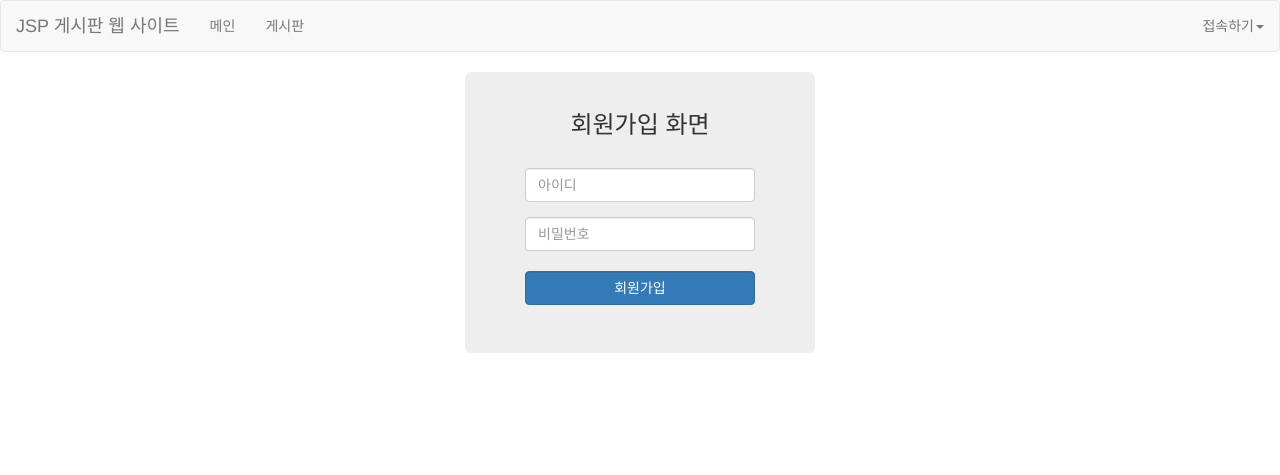
Repository: chyun94/JSP-
Page: http://localhost/BBS/join.jsp
An editor plug-in stored every save of this project. The page is shown before and after the next save, followed by the edit.
The browser window is 1280 px wide. The pictures show the whole page.
Some web libraries are served in a nearby version. The page is served by Tomcat 9. Other server files are loaded and not shown.

Above is the page before, as saved 2021-05-07 17:27:23.

### BBS/WebContent/join.jsp
<%@ page language="java" contentType="text/html; charset=UTF-8"
	pageEncoding="UTF-8"%>
<!DOCTYPE html>
<html>
<head>
<meta http-equiv="Content-Type" content="text/html; charset="UTF-8">
<!-- 아래 메타 태그는 디바이스마다 크기를 설정하기 위해서 작한한 메타 태그 -->
<meta name="viewport" content="width=device-width" , initial-scale="1">
<link rel="stylesheet" href="css/bootstrap.css">

<title>JSP 게시판 웹 사이트</title>
</head>
<body>
	<nav class="navbar navbar-default">
		<div class="navbar-header">
			<button type="button" class="navbar-toggle collapsed"
				data-toggle="collapse" data-target="#bs-example-navbar-collapse-1"
				aria-expanded="false">

				<span class="icon-bar"></span> <span class="icon-bar"></span> <span
					class="icon-bar"></span>

			</button>
			<a class="navbar-brand" href="main.jsp">JSP 게시판 웹 사이트</a>
		</div>
		<div class="collapse navbar-collapse"
			id="bs-example-navbar-collapse-1">
			<ul class="nav navbar-nav">
				<li><a href="main.jsp">메인</a></li>
				<li><a href="bbs.jsp">게시판</a></li>
			</ul>

			<ul class="nav navbar-nav navbar-right">
				<li class="dropdown">
				<a href="#" class="dropdown-toggle"
				data-toggle="dropdown" role="button" aria-haspopup="true"
				aria-expanded="false">접속하기<span class="caret"></span></a>

				<ul class="dropdown-menu">
					<li class="active"><a href="login.jsp">로그인</a></li>
					<li><a href="join.jsp">회원가입</a></li>
				</ul>
			</li>
		</ul>
	</div>
</nav>
	<!-- 컨테이너로 하나로 감싸주기 -->
	<div class="container">
		<div class="col-lg-4"></div>
		<div class="col-lg-4">
			<div class="jumbotron" style="padding-top: 20px;">
				<form method="post"  action="loginAction.jsp">
					<h3 style="text-align: center; padding-bottom: 20px;">회원가입 화면</h3>

					<div class="form-group">
						<input type="text" class="form-control" placeholder="아이디" name="userID" maxlength="20">
					</div>

					<div>
						<input type="text" class="form-control" placeholder="비밀번호" name="userPassword" maxlength="20">
					</div>

					<div style="padding-top: 20px;">
					<input type="submit" class="btn btn-primary form-control" value="회원가입">
					</div>

				</form>
			</div>
		</div>
	</div>
	<div class="col-lg-4"></div>

	<script src="https://code.jquery.com/jquery-3.1.1.min.js"></script>
	<script src="js/bootstrap.js"></script>

</body>
</html>

Loaded but not shown: BBS/WebContent/css/bootstrap.css (library); BBS/WebContent/js/bootstrap.js (library)

After the next save:
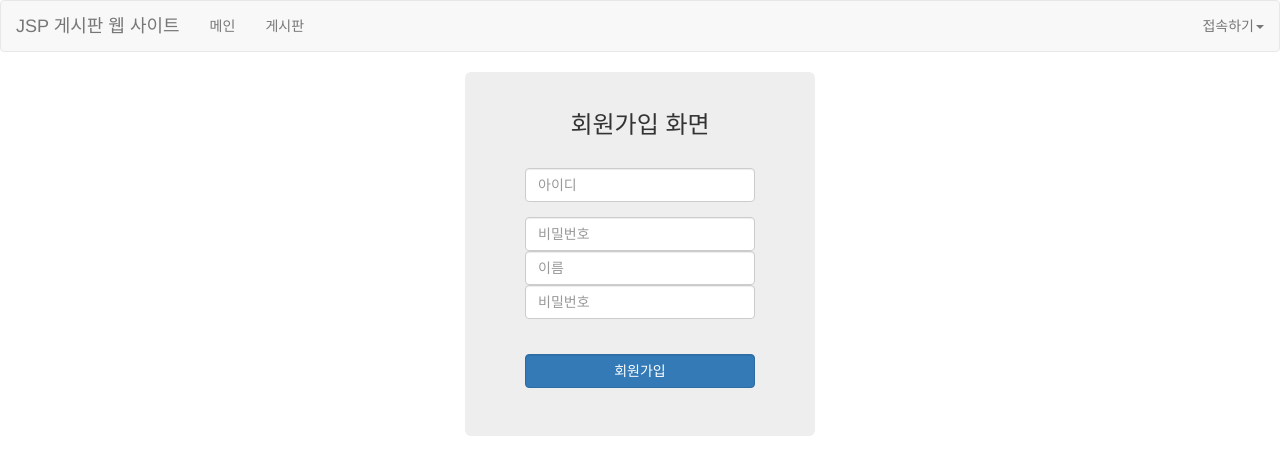
Saved 95 s later.
--- a/BBS/WebContent/join.jsp
+++ b/BBS/WebContent/join.jsp
@@ -60,6 +60,14 @@
 						<input type="text" class="form-control" placeholder="비밀번호" name="userPassword" maxlength="20">
 					</div>
 
+					<div>
+						<input type="text" class="form-control" placeholder="이름" name="userName" maxlength="20">
+					</div>
+
+					<div class="form-group" style="text-align: center;">
+						<input type="text" class="form-control" placeholder="비밀번호" name="userPassword" maxlength="20">
+					</div>
+
 					<div style="padding-top: 20px;">
 					<input type="submit" class="btn btn-primary form-control" value="회원가입">
 					</div>
